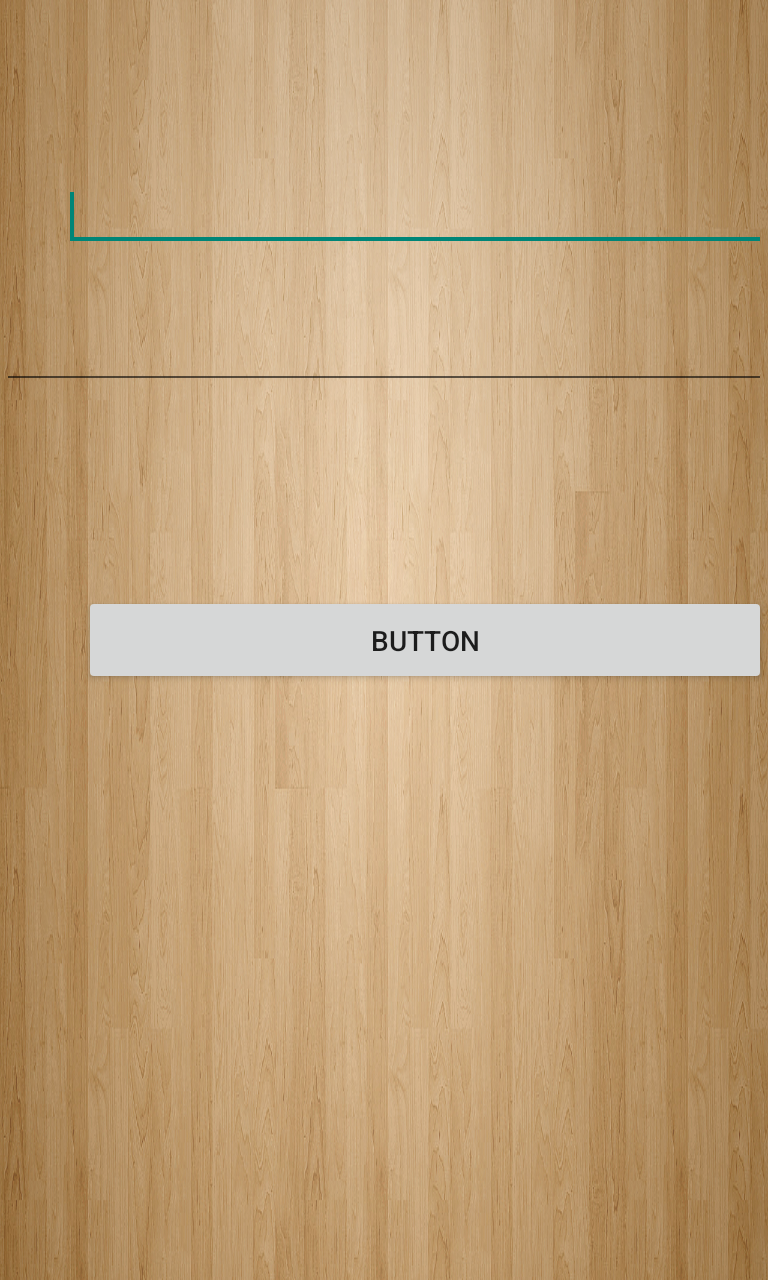
Repository: vipinvkamara/SampleProgram
Layout: SharedPreferance/res/layout/activity_main.xml
The author's editor kept a copy of each file at every save. The layout is drawn from the files as they stood at one save, then again after the next save.
It is drawn on a 768 x 1280 px phone screen (xhdpi) without system bars, with theme AppTheme; the app's code is not run.

Above is the layout before, as saved 2015-01-02 05:52:33.

### SharedPreferance/res/layout/activity_main.xml
<RelativeLayout xmlns:android="http://schemas.android.com/apk/res/android"
    xmlns:tools="http://schemas.android.com/tools"
    android:layout_width="match_parent"
    android:layout_height="match_parent"
    android:background="@drawable/wood"
    tools:context="com.example.sharedpreferance.MainActivity" >

    <EditText
        android:id="@+id/editText1"
        android:layout_width="match_parent"
        android:layout_height="wrap_content"
        android:layout_alignParentLeft="true"
        android:layout_alignParentTop="true"
        android:layout_marginLeft="31dp"
        android:layout_marginTop="86dp"
        android:ems="10" >

        <requestFocus />
    </EditText>

    <EditText
        android:id="@+id/editText2"
        android:layout_width="match_parent"
        android:layout_height="wrap_content"
        android:layout_below="@+id/editText1"
        android:layout_centerHorizontal="true"
        android:layout_marginTop="28dp"
        android:ems="10"
        android:inputType="textPassword" />

    <Button
        android:id="@+id/button1"
        android:layout_width="match_parent"
        android:layout_height="wrap_content"
        android:layout_alignLeft="@+id/editText2"
        android:layout_centerVertical="true"
        android:layout_marginLeft="41dp"
        android:text="Button" />

</RelativeLayout>

Loaded but not shown: SharedPreferance/res/values/styles.xml (common file); SharedPreferance/res/values-v11/styles.xml (common file); SharedPreferance/res/values-v14/styles.xml (common file)

After the next save:
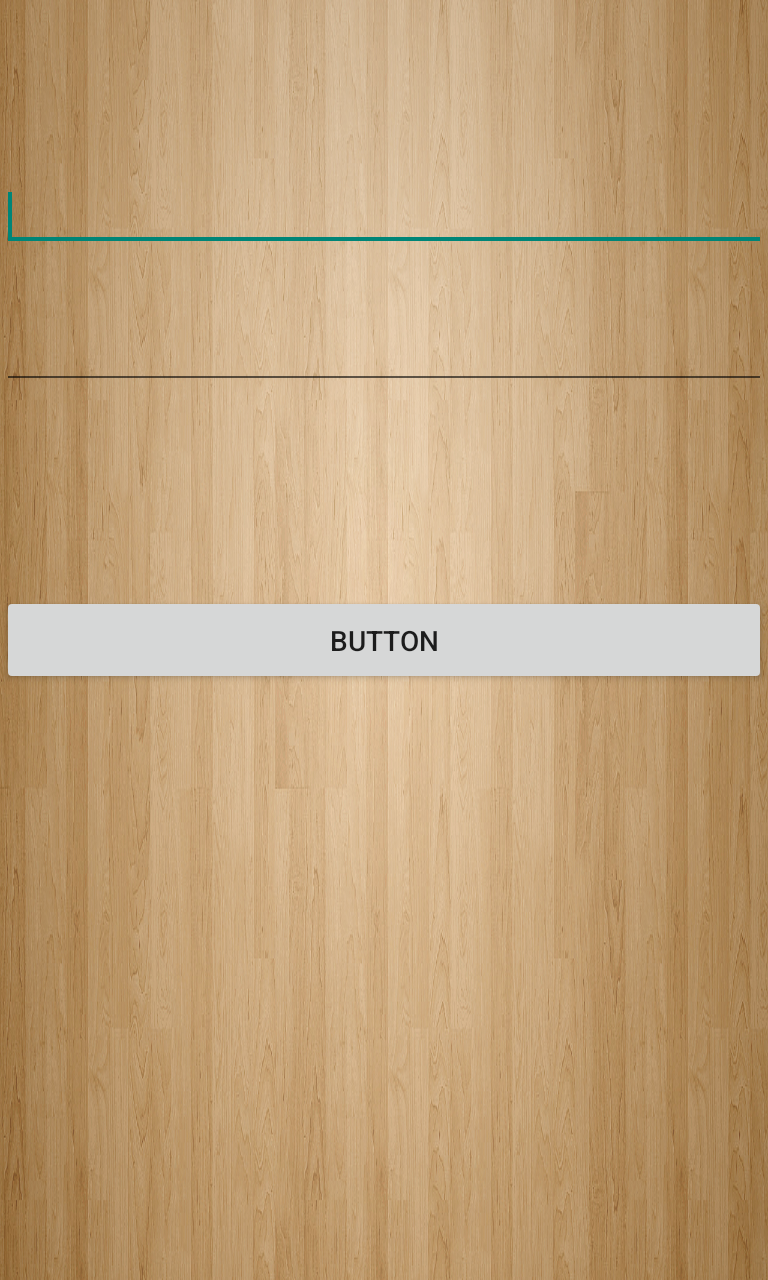
Saved 27 s later.
--- a/SharedPreferance/res/layout/activity_main.xml
+++ b/SharedPreferance/res/layout/activity_main.xml
@@ -11,7 +11,6 @@
         android:layout_height="wrap_content"
         android:layout_alignParentLeft="true"
         android:layout_alignParentTop="true"
-        android:layout_marginLeft="31dp"
         android:layout_marginTop="86dp"
         android:ems="10" >
 
@@ -34,7 +33,6 @@
         android:layout_height="wrap_content"
         android:layout_alignLeft="@+id/editText2"
         android:layout_centerVertical="true"
-        android:layout_marginLeft="41dp"
         android:text="Button" />
 
 </RelativeLayout>
